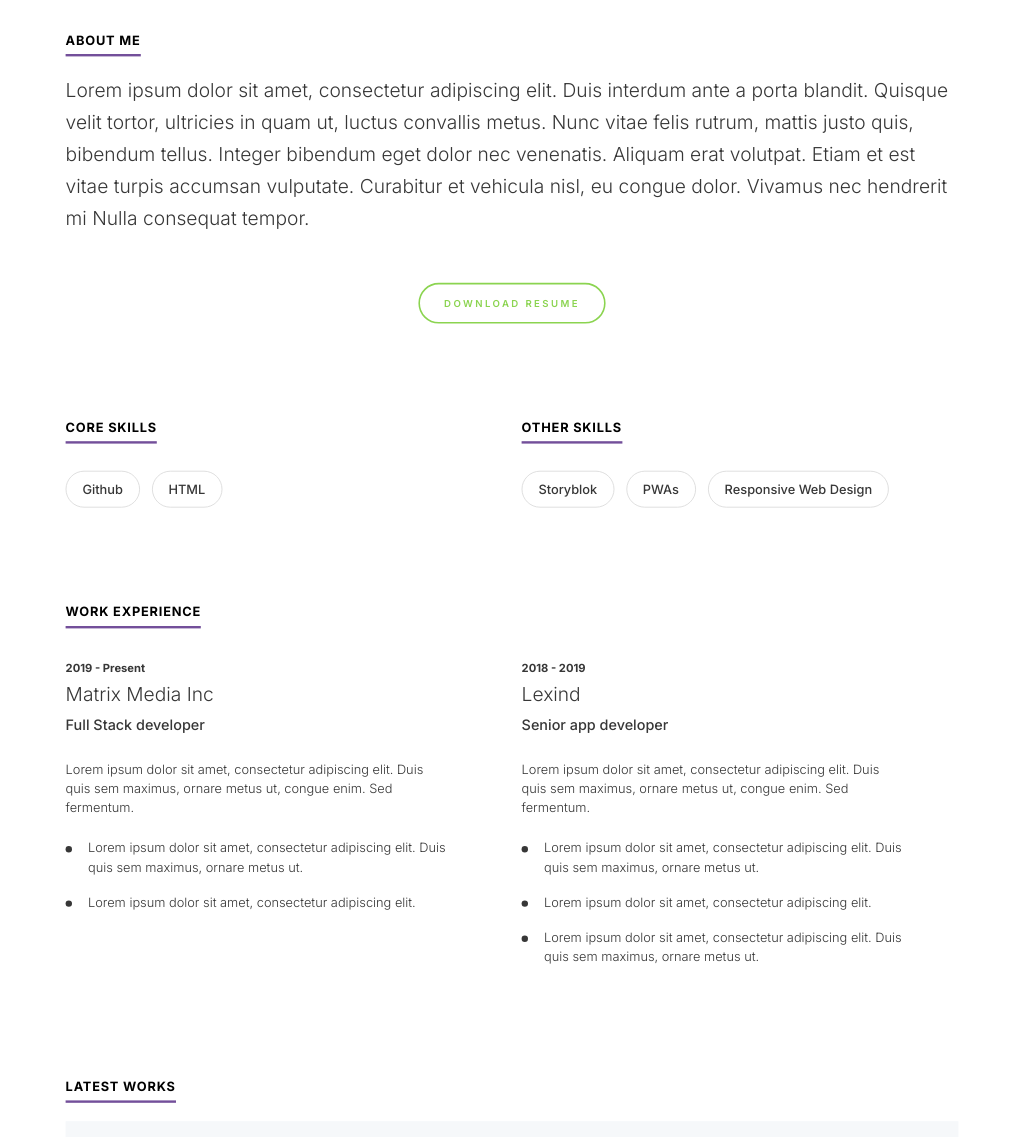
Repository: lxcxcxlxmb/portfolio
Page: index.html
An editor plug-in stored every save of this project. The page is shown before and after the next save, followed by the edit.
The browser window is 1280 px wide. The pictures show the part of the page from y = 668 to 2089 px (the page is 4036 px tall), at 80% of full size.
A picture or video elsewhere on the page could not be fetched, so the positions and the page height are approximate.

Above is the page before, as saved 2022-05-23 22:52:50.
Not found: assets/js/main.js

### index.html
<!doctype html>
<html lang="pt-br">
  <head>
    <!-- Required meta tags -->
    <meta charset="utf-8">
    <meta name="viewport" content="width=device-width, initial-scale=1">
      <!-- Google Fots -->
     <link rel="preconnect" href="https://fonts.googleapis.com">
    <link rel="preconnect" href="https://fonts.gstatic.com" crossorigin>
    <link href="https://fonts.googleapis.com/css2?family=Inter:wght@100;200;300;400;500;600;700;800;900&display=swap" rel="stylesheet">
      <!-- Remixicon Icon -->
      <link href="https://cdn.jsdelivr.net/npm/remixicon@2.5.0/fonts/remixicon.css" rel="stylesheet">
      <!-- Remixicon Icon -->
      <!-- Bootstrap CSS -->
      <link href="https://cdn.jsdelivr.net/npm/bootstrap@5.0.2/dist/css/bootstrap.min.css" rel="stylesheet" integrity="sha384-EVSTQN3/azprG1Anm3QDgpJLIm9Nao0Yz1ztcQTwFspd3yD65VohhpuuCOmLASjC" crossorigin="anonymous">
      <link href="https://unpkg.com/aos@2.3.1/dist/aos.css" rel="stylesheet">
      <!-- Main CSS -->
      <link href="assets/css/main.css" rel="stylesheet">


    <title>Defolio - Bootstrap 5 html resume template </title>
  </head>
  <body>

    <!-- header -->
    <header class="ds-header" id="site-header">
        <div class="container">
            <div class="ds-header-inner">
              <!-- logo -->
              <a href="index.html" class="ds-logo">
                <span>J</span>Jason Stroff
              </a>
              <!-- logo -->
              <!-- social -->
              <ul class="ds-social">
                <li><a href="#" target="_blank"><i class="ri-github-fill"></i></a></li>
                <li><a href="#" target="_blank"><i class="ri-stack-overflow-line"></i></a></li>
                <li><a href="#" target="_blank"><i class="ri-linkedin-fill"></i></a></li>
              </ul>
              <!-- social -->
            </div>
        </div>
    </header>
    <!-- header -->
    <!-- banner -->
    <div class="ds-banner">
      <div class="container">
        <div class="row">
          <div class="col-12 col-sm-12 col-md-5 col-lg-5 col-xl-5 col-xxl-5">
            <figure>
              <img src="assets/images/profile-image.jpg">
            </figure>
          </div>
          <div class="col-12 col-sm-12 col-md-7 col-lg-7 col-xl-7 col-xxl-7">
            <section>
                <h1>
                  <span>HI THERE</span>
                  I’m Jason Stroff <br> UI/UX DESIGNER + DEVELOPER based in Florida.
                </h1>
                <ul class="ds-numbervalulist">
                  <li>
                    <strong>6+</strong>
                    <span>Experience</span>
                  </li>
                  <li>
                    <strong>2,3</strong>
                    <span>Projetos</span>
                  </li>
                  <li>
                    <strong>0</strong>
                    <span>Clientes felizes</span>
                  </li>
                </ul>
            </section>
          </div>
        </div>
      </div>
    </div>
    <!-- banner -->

    <!-- about -->
    <div class="ds-about-section">
      <div class="container">
        <section>
            <h2 class="ds-heading">About Me</h2>
            <p>Lorem ipsum dolor sit amet, consectetur adipiscing elit. Duis interdum ante a porta blandit. Quisque velit tortor, ultricies in quam ut, luctus convallis metus. Nunc vitae felis rutrum, mattis justo quis, bibendum tellus. Integer bibendum eget dolor nec venenatis. Aliquam erat volutpat. Etiam et est vitae turpis accumsan vulputate. Curabitur et vehicula nisl, eu congue dolor. Vivamus nec hendrerit mi Nulla consequat tempor.</p>
            <div class="ds-button-sec text-center">
                <a href="#" class="ds-button">Download Resume</a>
            </div>
        </section>
      </div>
    </div>
    <!-- about -->

    <!--  Skills -->
    <div class="ds-skills-section">
      <div class="container">
        <div class="row">
          <div class="col-12 col-sm-12 col-md-6 col-lg-6 col-xl-6 col-xxl-6">
             <h2 class="ds-heading">Core Skills</h2>
             <ul class="ds-skills-list">
               <li>Github</li>
               <li>HTML</li>
             </ul>
          </div>
          <div class="col-12 col-sm-12 col-md-6 col-lg-6 col-xl-6 col-xxl-6">
            <h2 class="ds-heading">Other Skills</h2>
            <ul class="ds-skills-list">
              <li>Storyblok</li>
              <li>PWAs</li>
              <li>Responsive Web Design</li>
            </ul>
          </div>
        </div>
      </div>
    </div>
    <!--  Skills -->

   <!-- Experience -->
   <div class="ds-experience-section">
     <div class="container">
        <h2 class="ds-heading">Work Experience</h2>
        <div class="row ds-experience-list">
            <div class="col-12 col-sm-12 col-md-6 col-lg-6 col-xl-6 col-xxl-6">
              <section>
                <span class="ds-year">2019 - Present</span>
                <h3 class="ds-officename">Matrix Media Inc</h3>
                <span class="ds-department">Full Stack developer</span>
                <p>Lorem ipsum dolor sit amet, consectetur adipiscing elit. Duis quis sem maximus, ornare metus ut, congue enim. Sed fermentum.</p>
                <ul>
                  <li>Lorem ipsum dolor sit amet, consectetur adipiscing elit. Duis quis sem maximus, ornare metus ut.</li>
                  <li>Lorem ipsum dolor sit amet, consectetur adipiscing elit.</li>
                </ul>
              </section>
            </div>
            <div class="col-12 col-sm-12 col-md-6 col-lg-6 col-xl-6 col-xxl-6">
              <section>
                <span class="ds-year">2018 - 2019</span>
                <h3 class="ds-officename">Lexind</h3>
                <span class="ds-department">Senior app developer</span>
                <p>Lorem ipsum dolor sit amet, consectetur adipiscing elit. Duis quis sem maximus, ornare metus ut, congue enim. Sed fermentum.</p>
                <ul>
                  <li>Lorem ipsum dolor sit amet, consectetur adipiscing elit. Duis quis sem maximus, ornare metus ut.</li>
                  <li>Lorem ipsum dolor sit amet, consectetur adipiscing elit.</li>
                  <li>Lorem ipsum dolor sit amet, consectetur adipiscing elit. Duis quis sem maximus, ornare metus ut.</li>
                </ul>
              </section>
            </div>
        </div>
     </div>
   </div>
    <!-- Experience -->

   <!--  Work -->
   <div class="ds-work-section">
     <div class="container">
          <h2 class="ds-heading">Latest works</h2>
          <div class="ds-work-list-section">
            <div class="ds-work-list">
              <div class="row">
                  <div class="col-12 col-sm-12 col-md-7 col-lg-7 col-xl-7 col-xxl-7">
                      <section>
                          <h3 class="ds-work-tilte">Tripy mobile app</h3>
                          <p>Lorem ipsum dolor sit amet, consectetur adipiscing elit. Duis quis sem maximus, ornare metus ut, congue enim. Sed fermentum nulla tellus, quis efficitur mauris tristique efficitur. Aliquam rhoncus sem sed ullamcorper venenatis. Aenean malesuada eu orci non sodales. </p>
                          <a href="works-setails.html" class="ds-button">Details</a>
                      </section>
                  </div>
                  <div class="col-12 col-sm-12 col-md-5 col-lg-5 col-xl-5 col-xxl-5">
                      <figure><img src="assets/images/work-1.jpg"></figure>
                  </div>
              </div>
            </div>
            <div class="ds-work-list">
              <div class="row">
                  <div class="col-12 col-sm-12 col-md-7 col-lg-7 col-xl-7 col-xxl-7">
                      <section>
                          <h3 class="ds-work-tilte">Hello mobile app</h3>
                          <p>Lorem ipsum dolor sit amet, consectetur adipiscing elit. Duis quis sem maximus, ornare metus ut, congue enim. Sed fermentum nulla tellus, quis efficitur mauris tristique efficitur. Aliquam rhoncus sem sed ullamcorper venenatis. Aenean malesuada eu orci non sodales. </p>
                          <a href="works-setails.html" class="ds-button">Details</a>
                      </section>
                  </div>
                  <div class="col-12 col-sm-12 col-md-5 col-lg-5 col-xl-5 col-xxl-5">
                      <figure><img src="assets/images/work-2.jpg"></figure>
                  </div>
              </div>
            </div>
            <div class="ds-work-list">
              <div class="row">
                  <div class="col-12 col-sm-12 col-md-7 col-lg-7 col-xl-7 col-xxl-7">
                      <section>
                          <h3 class="ds-work-tilte">Cute cookies app</h3>
                          <p>Lorem ipsum dolor sit amet, consectetur adipiscing elit. Duis quis sem maximus, ornare metus ut, congue enim. Sed fermentum nulla tellus, quis efficitur mauris tristique efficitur. Aliquam rhoncus sem sed ullamcorper venenatis. Aenean malesuada eu orci non sodales. </p>
                          <a href="works-setails.html" class="ds-button">Details</a>
                      </section>
                  </div>
                  <div class="col-12 col-sm-12 col-md-5 col-lg-5 col-xl-5 col-xxl-5">
                       <figure><img src="assets/images/work-3.jpg"></figure>
                  </div>
              </div>
            </div>
          </div>
     </div>
   </div>
   <!--  Work -->

   <!--  footer -->
   <footer class="ds-footer text-center">
     <div class="container">
        <section>
          <span>Stay in touch</span>
          <h4>Ready to talk?</h4>
          <p>Feel free to contact us</p>
          <a href="mailto:test@test.com" class="ds-button">Lets Talk</a>
        </section>
        <span class="ds-copyright">© 2022 All rights reserved. Free minimal bootstrap template by <a href="https://designstub.com/" target="_blank">Designstub</a>.</span>
     </div>
   </footer>


    <script src="https://ajax.googleapis.com/ajax/libs/jquery/3.5.1/jquery.min.js"></script>
    <!-- Option 1: Bootstrap Bundle with Popper -->
    <script src="https://cdn.jsdelivr.net/npm/bootstrap@5.0.2/dist/js/bootstrap.bundle.min.js" integrity="sha384-MrcW6ZMFYlzcLA8Nl+NtUVF0sA7MsXsP1UyJoMp4YLEuNSfAP+JcXn/tWtIaxVXM" crossorigin="anonymous"></script>

    <!-- Option 2: Separate Popper and Bootstrap JS -->
    <!--
    <script src="https://cdn.jsdelivr.net/npm/@popperjs/core@2.9.2/dist/umd/popper.min.js" integrity="sha384-IQsoLXl5PILFhosVNubq5LC7Qb9DXgDA9i+tQ8Zj3iwWAwPtgFTxbJ8NT4GN1R8p" crossorigin="anonymous"></script>
    <script src="https://cdn.jsdelivr.net/npm/bootstrap@5.0.2/dist/js/bootstrap.min.js" integrity="sha384-cVKIPhGWiC2Al4u+LWgxfKTRIcfu0JTxR+EQDz/bgldoEyl4H0zUF0QKbrJ0EcQF" crossorigin="anonymous"></script>
    -->
    <script src="assets/js/main.js"></script>
  </body>
</html>

### assets/css/main.css
html {font-family: 'Inter', sans-serif;background-color:#FFF}
body {font-family: 'Inter', sans-serif;overflow-x: hidden; background-color:#FFF; font-weight:400;font-style: normal; color:#373737; font-size:14px}
a,a:hover,a:focus,i,input,button,input:focus,.transition {text-decoration: none;outline: none;transition-delay: 0s;transition-duration: 0.4s;transition-property: all;transition-timing-function: ease;box-shadow: none;}
a{color: #000}
iframe {border: 0;outline: none;}
::-moz-selection {background:#000;text-shadow: none;color:#FFF}
::selection {background:#000;text-shadow: none;color:#FFF}
img {max-width: 100%;border: none;outline: none;height: auto;}
input,textarea {border-radius: 0;resize: none;}
ul {padding: 0;margin: 0;}
@font-face {
font-family: 'Inter', sans-serif;}
input:-webkit-autofill, textarea:-webkit-autofill, select:-webkit-autofill {background-color: transparent;background-image: none;color:#000;}
/* 1.2 Typography */
h1,h2,h3,h4,h5,h6 {font-family: 'Inter', sans-serif;}
figure{ margin: 0 }
svg,img { max-width: 100%; height: auto; }

/*-----------------------------------------------------------------
  1. >>> Headr Style
----------------------------------------------------------------*/
.ds-header{ position:relative; top: 0; width: 100%; z-index: 5; background-color: #FFF; padding: 70px 0;transition-delay: 0s;transition-duration: 0.4s;transition-property: all;transition-timing-function: ease; }
.ds-header.ds-fixed-header{ padding:20px 0;box-shadow: 0px 0px 20px rgba(0, 0, 0, 0.25); }
.ds-header-inner{ display: flex; justify-content: space-between; align-items: center; }
.ds-logo{ text-transform: uppercase; font-size: 18px; letter-spacing: 3px; color: #000; display: flex; align-items: center; }
.ds-logo span{ display:flex; align-items: center; justify-content: center; width: 40px; height: 40px; background-color: #000; border-radius: 4px; color: #FFF; font-size: 22px; font-weight: 600; text-align: center; margin-right: 12px; }
.ds-logo:hover{ color: #000; }

.ds-social{ list-style: none; display: flex; align-items: center; flex-wrap: wrap; }
.ds-social li{ margin-left: 12px; }
.ds-social li:first-child{ margin-left: 0; }
.ds-social li a{ border-radius: 100%; color: #FFF; width: 24px; height: 24px; background-color: #8bd450; display:flex; justify-content: center; align-items: center; text-align: center; font-size: 16px; }
.ds-social li a:hover{ background-color: #000; color: #FFF; }
/*-----------------------------------------------------------------
  2. >>> Banner Style
----------------------------------------------------------------*/
.ds-banner section{ padding-left: 70px; padding-right: 100px; }
.ds-banner section h1 span{ display: block; text-transform: uppercase; letter-spacing: 1px;  font-weight: 500; font-size: 16px; padding-bottom: 30px; }
.ds-banner section h1{ font-weight: 600; font-size: 48px; line-height: 60px; color: #000; }
.ds-numbervalulist{ list-style: none; display: flex; align-items: center; flex-wrap: wrap; margin: 0; padding: 0; margin-top: 60px; }
.ds-numbervalulist li{ margin-right: 60px; }
.ds-numbervalulist li:last-child{ margin-right: 0; }
.ds-numbervalulist strong{ display: block; color: #8bd450; font-size: 36px; font-weight: 800; }
.ds-numbervalulist span{ font-size: 16px; letter-spacing: 1px; }
/*-----------------------------------------------------------------
  3. >>> About Style
----------------------------------------------------------------*/
.ds-about-section{ padding-top: 60px; padding-bottom: 120px; }
.ds-heading{ display: inline-block; font-weight: 700; color: #000; text-transform: uppercase; letter-spacing: 1px; font-size: 16px; border-bottom: 3px solid #734f9a; padding-bottom: 7px; margin-bottom: 23px; }
.ds-about-section p{ color: #373737; font-size: 24px; line-height: 40px; font-weight: 300; margin-bottom: 60px; }

.ds-button{ display: inline-block; text-transform: uppercase;font-size: 12px;line-height: 13px;font-weight: 600;letter-spacing: 3px; color:#8bd450; padding:17px 30px;  border: 2px solid #8bd450;border-radius: 60px; }
.ds-button:hover{ background-color:#8bd450 ; color: #FFF; }
.ds-arrow-button i{ display: inline-block; vertical-align: middle; }
/*-----------------------------------------------------------------
  4. >>> Skills Style
----------------------------------------------------------------*/
.ds-skills-section{ padding-bottom: 105px; }
.ds-skills-list{ list-style: none; padding: 0; margin: 0; display: flex; flex-wrap: wrap; align-items: center; margin-top: 11px; }
.ds-skills-list li{ display: inline-block; color: #373737; font-size: 16px; padding:10px 20px; background-color: #FFF; border: 1px solid #D7D7D7;
  border-radius: 27px; margin-right: 15px; margin-bottom: 15px;  font-weight: 500;}

/*-----------------------------------------------------------------
  5. >>> Experience Style
----------------------------------------------------------------*/
.ds-experience-section{ padding-bottom: 120px; }
.ds-experience-list section{ padding-right: 70px; }
.ds-experience-list{ padding-top: 15px; }
.ds-officename{ font-size: 24px; font-weight: 300; margin-bottom:10px; }
.ds-experience-list span{ display: block; }
span.ds-year{ color: #373737; font-size: 14px; font-weight: 700; padding-bottom: 10px; }
span.ds-department{ color: #373737; font-weight: 500; font-size: 18px; padding-bottom: 30px; }
.ds-experience-list p{ font-size: 16px; line-height: 24px; font-weight: 300; }
.ds-experience-list ul{ list-style: none; padding: 0; margin: 0; padding-top: 10px; }
.ds-experience-list ul li{font-size: 16px; line-height: 24px; font-weight: 300; padding-left: 28px; position:relative; margin-bottom: 20px;}
.ds-experience-list ul li:before{ content: ""; position: absolute; left: 0; top: 10px; border-radius: 100%; width: 8px; height: 8px; background-color: #373737; }
/*-----------------------------------------------------------------
  6. >>> Work Style
----------------------------------------------------------------*/
.ds-work-section{ padding-bottom: 80px; }
.ds-work-list{ padding-left: 70px; padding-top:40px; padding-right: 70px; background-color:#F6F8FA; margin-bottom: 40px; }
.ds-work-list section{ padding-top: 20px; padding-right: 120px; }
.ds-work-tilte{ color: #000; font-size: 30px; line-height: 36px; font-weight: 600; margin-bottom: 30px; }
.ds-work-list p{ font-weight: 300; font-size: 18px; line-height: 30px; }
.ds-work-list .ds-button{ margin-top: 20px; }

.ds-work-det-hed{ padding-top: 42px; padding-bottom: 80px; }
.ds-work-det-title{ font-weight: 600; color:#000; font-size: 48px; margin-bottom: 20px; }
.ds-work-det-dep{ display:block;font-weight: 600; color: #000; font-size: 18px; }
.ds-work-content-sec{ padding: 100px 0; }
.ds-work-content-sec p{ font-size: 18px; line-height: 36px; margin-bottom: 30px; }
.ds-work-content-sec h2{ font-size: 30px; font-weight: 700; margin-bottom: 30px; }
.ds-work-content-sec ul{ list-style: none; padding: 0; margin: 0; }
.ds-work-content-sec li{font-size: 18px; line-height: 36px;  padding-left: 28px; position:relative; margin-bottom: 20px;}
.ds-work-content-sec li:before{ content: ""; position: absolute; left: 0; top: 13px; border-radius: 100%; width: 8px; height: 8px; background-color: #373737; }
/*-----------------------------------------------------------------
  7. >>> Footer Style
----------------------------------------------------------------*/
.ds-footer{ background-color: #734f9a; padding: 120px 0; }
.ds-footer section { padding-bottom: 97px; }
.ds-footer section span{ color: rgba(255,255,255,0.5); text-transform: uppercase; font-weight: 700; font-size: 16px; letter-spacing: 1px; display: block; padding-bottom: 20px; }
.ds-footer section  h4{ color: #FFF; font-size: 48px; font-weight: 700; }
.ds-footer section p{ letter-spacing: 1.13px; color: #FFF; font-size: 18px; margin-bottom: 40px; }
.ds-copyright{ color: rgba(255,255,255,0.5); letter-spacing: 1px; font-size: 16px; }
.ds-copyright a{color: rgba(255,255,255,0.5);}
.ds-copyright a:hover{ color: #8bd450; }



/*-------------------------------------------------------------------------------
 Responsive XS Style @media (max-width: 767px)
-------------------------------------------------------------------------------*/
@media (max-width: 768px) {
	.ds-header,.ds-header.ds-fixed-header{ padding: 15px 0; }
	.ds-banner,.ds-about-section,.ds-skills-section,.ds-experience-section,.ds-work-section,.ds-work-details-section{ padding-left: 10px; padding-right: 10px; }
	.ds-logo{ font-size: 0; }
	.ds-banner figure{ padding: 30px 0; }
	.ds-banner section{ padding-left: 0;padding-right: 0; }
	.ds-banner section h1 span{ padding-bottom: 0; }
	.ds-banner section h1,.ds-work-det-title{ font-size: 30px; line-height: 40px; }
	.ds-numbervalulist{ margin-top: 20px; }
	.ds-numbervalulist li{ margin-right: 30px; }
	.ds-numbervalulist strong{ font-size: 30px; }
	.ds-numbervalulist span{ font-size: 14px; }
	.ds-about-section{ padding-bottom: 60px; }
	.ds-about-section p,.ds-work-content-sec p,.ds-work-content-sec li{ font-size: 15px; line-height: 30px;margin-bottom: 30px; }
	.ds-skills-list li{ margin-right: 10px; margin-bottom: 10px; font-size: 14px; }
	.ds-skills-section .col-12,.ds-experience-list .col-12{ margin-bottom: 40px; }
	.ds-skills-section,.ds-work-section, .ds-experience-section{ padding-bottom: 0; }
	.ds-experience-list section{ padding-right: 0; }
	.ds-work-list{ padding: 30px; }
	.ds-work-list p{font-size: 15px; line-height: 30px;}
	.ds-footer{ padding: 60px 10px; }
	.ds-footer section h4{ font-size: 40px; }
	.ds-copyright{ font-size: 14px; }
	.ds-footer section{ padding-bottom: 30px; }
	.ds-button{ padding: 11px 10px; }
	.ds-work-details-section{ padding-top: 30px; }
	.ds-work-det-title{ margin-bottom: 7px; }
	.ds-work-content-sec h2{ font-size: 20px; }
	.ds-work-content-sec{ padding: 30px 0; }
	.ds-work-list section{ padding-right: 0; padding-bottom: 30px; }
}


@media (min-width: 768px) and (max-width: 991px) {
	.ds-work-list section{ padding-right: 30px; }

}

@media (min-width: 992px) and (max-width: 1199px) {
	.ds-banner section{ padding-right: 0; }
	.ds-work-list section{ padding-right: 30px; padding-bottom:60px; }


}

After the next save:
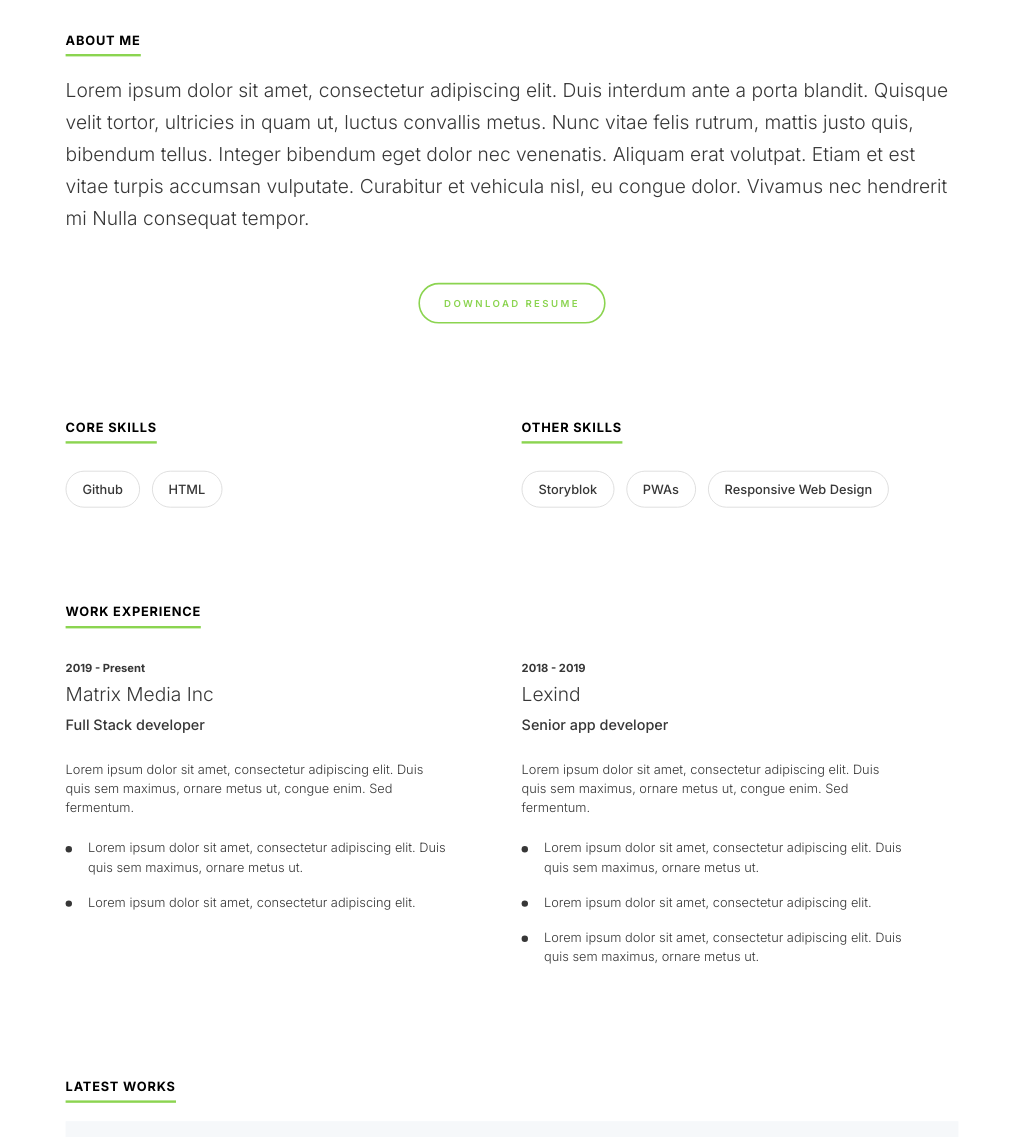
Saved 26 s later.
--- a/assets/css/main.css
+++ b/assets/css/main.css
@@ -46,7 +46,7 @@ svg,img { max-width: 100%; height: auto; }
   3. >>> About Style
 ----------------------------------------------------------------*/
 .ds-about-section{ padding-top: 60px; padding-bottom: 120px; }
-.ds-heading{ display: inline-block; font-weight: 700; color: #000; text-transform: uppercase; letter-spacing: 1px; font-size: 16px; border-bottom: 3px solid #734f9a; padding-bottom: 7px; margin-bottom: 23px; }
+.ds-heading{ display: inline-block; font-weight: 700; color: #000; text-transform: uppercase; letter-spacing: 1px; font-size: 16px; border-bottom: 3px solid #8bd450; padding-bottom: 7px; margin-bottom: 23px; }
 .ds-about-section p{ color: #373737; font-size: 24px; line-height: 40px; font-weight: 300; margin-bottom: 60px; }
 
 .ds-button{ display: inline-block; text-transform: uppercase;font-size: 12px;line-height: 13px;font-weight: 600;letter-spacing: 3px; color:#8bd450; padding:17px 30px;  border: 2px solid #8bd450;border-radius: 60px; }
